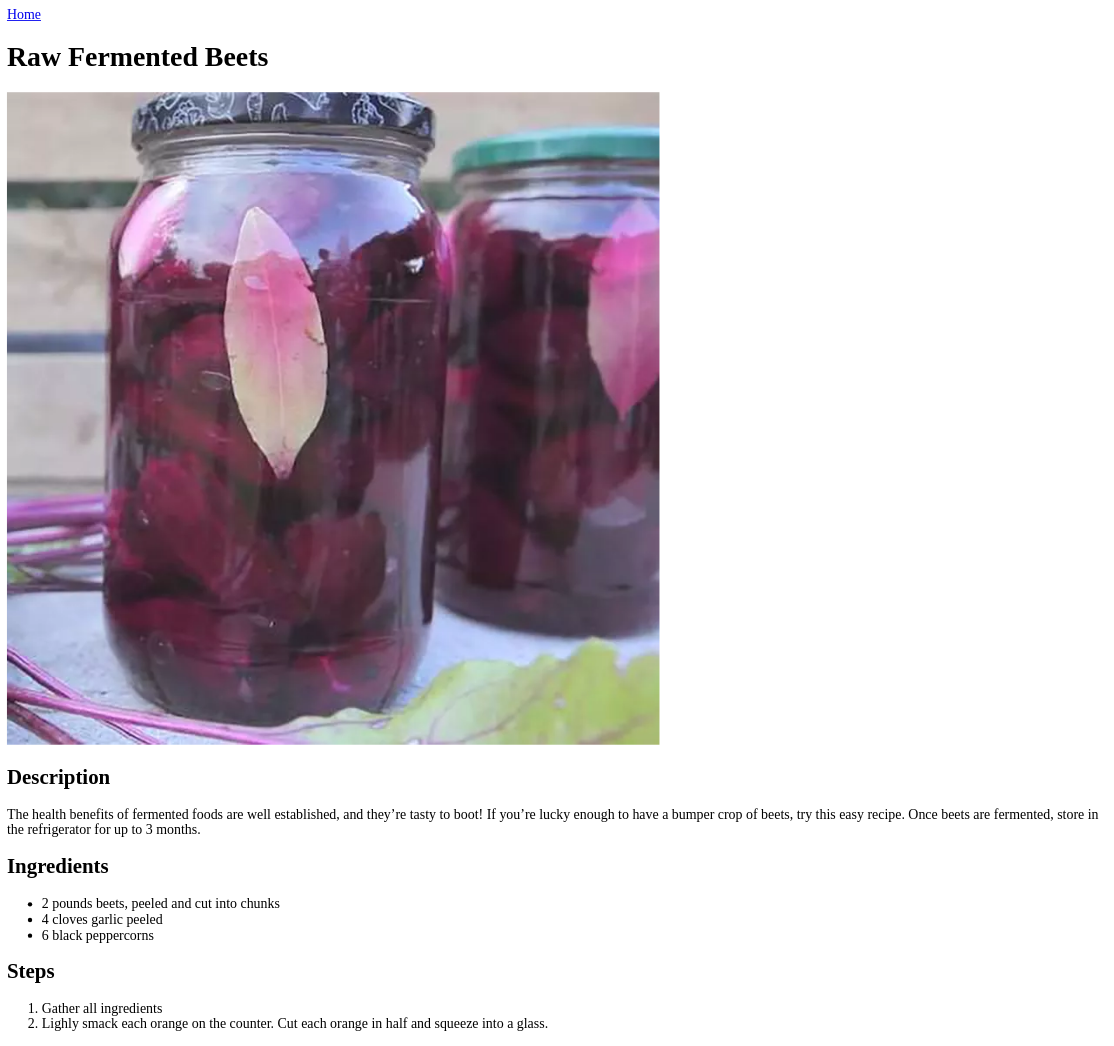
Repository: itsDevAK/odin-recipes
Page: recipes/fermented-beets.html
These files come from the project's save history. The page is drawn as it stood at one moment and after the next save; the edit follows.
The browser window is 1280 px wide. The pictures show the whole page, at 87% of full size.

Above is the page before, as saved 2026-09-17 13:25:14.

After the next save:
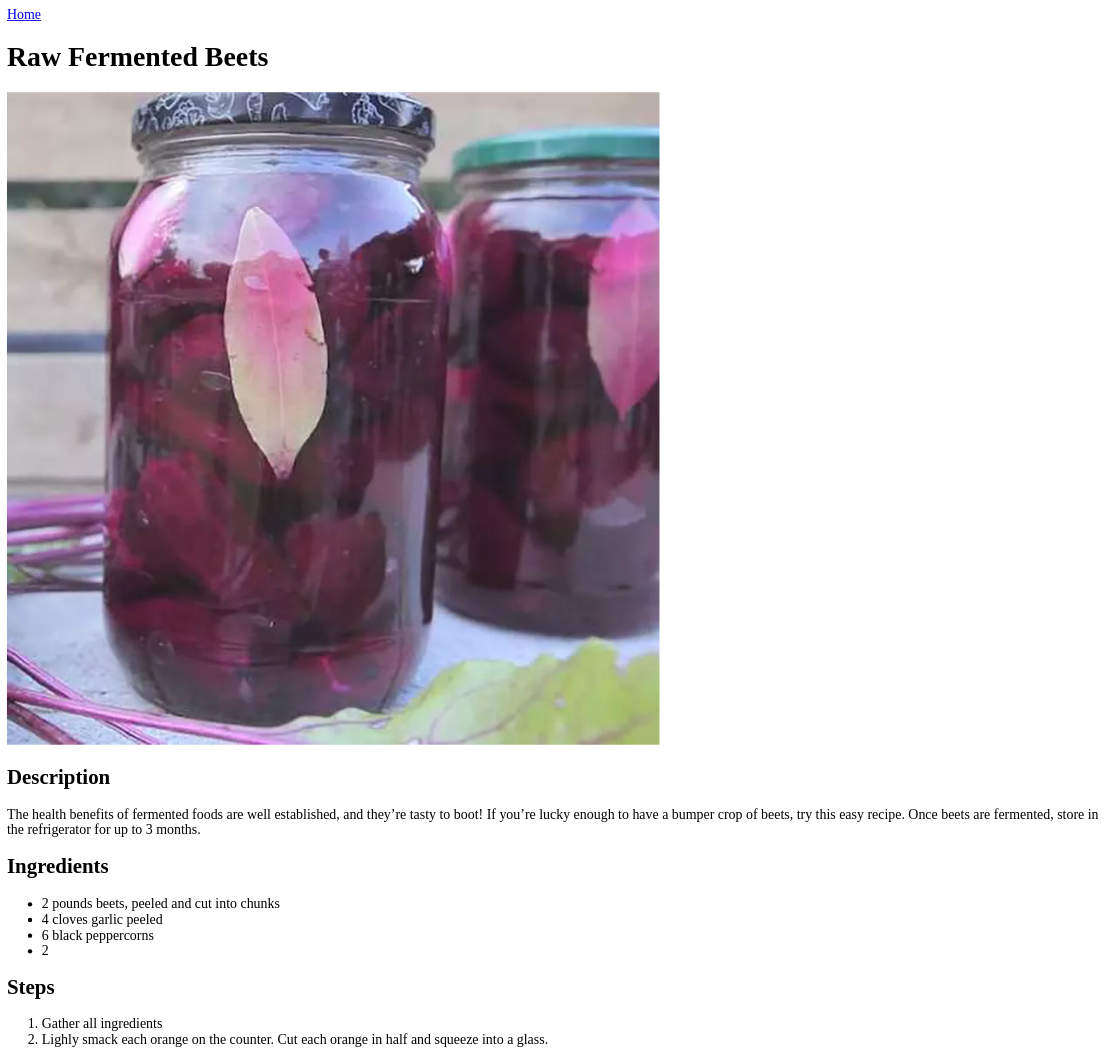
Saved 4 s later.
--- a/recipes/fermented-beets.html
+++ b/recipes/fermented-beets.html
@@ -16,6 +16,7 @@
         <li>2 pounds beets, peeled and cut into chunks</li>
         <li>4 cloves garlic peeled</li>
         <li>6 black peppercorns</li>
+        <li>2 </li>
     </ul>
     <h2>Steps</h2>
     <ol>
